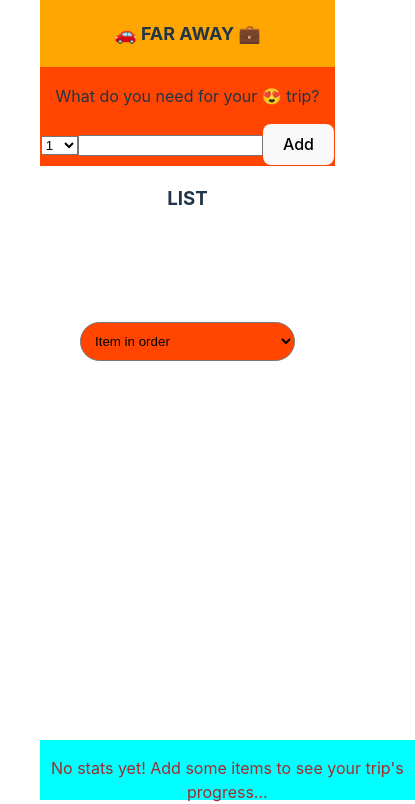
Repository: Celebration-cloud/Trip-Add-To-List
Page: /
These files come from the project's save history. The page is drawn as it stood at one moment and after the next save; the edit follows.
The browser window is 375 px wide. The page is 415 px wide, so the pictures cover 415 px, including what lies to the right of the window. The pictures show the whole page.
The project was rebuilt for these pictures with package versions that can differ from the ones it lists, and the page was loaded fresh each time. Also part of the build but not shown: vite.config.js.

Above is the page before, as saved 2023-10-29 16:30:14.

### src/App.jsx
import './App.css'
import TripList from './Trip-List/TripList'

function App() {

  return (
    <>
    <TripList/>
    </>
  )
}

export default App

### src/App.css
#root {
  margin: 0;
  padding: 0;
  text-align: center;
}

.logo {
  height: 6em;
  padding: 1.5em;
  will-change: filter;
  transition: filter 300ms;
}
.logo:hover {
  filter: drop-shadow(0 0 2em #646cffaa);
}
.logo.react:hover {
  filter: drop-shadow(0 0 2em #61dafbaa);
}

@keyframes logo-spin {
  from {
    transform: rotate(0deg);
  }
  to {
    transform: rotate(360deg);
  }
}

@media (prefers-reduced-motion: no-preference) {
  a:nth-of-type(2) .logo {
    animation: logo-spin infinite 20s linear;
  }
}

.card {
  padding: 2em;
}

.read-the-docs {
  color: #888;
}

### src/Trip-List/TripList.jsx
/* eslint-disable react/no-unescaped-entities */
/* eslint-disable react/prop-types */
import { useState } from "react";
import './TripList.css'
function TripList() {
  const [addItem, setAddItem] = useState([]);

  const handleAddItem = (item) => {
    setAddItem((items) => [...items, item]);
  };
  const handleRemoveItem = (id) =>{
    setAddItem(items => items.filter(p => p.id !== id))
  }
  const handleChecked = (id) => {
    setAddItem(items => items.map(item => item.id === id ? {...item, packed: !item.packed} : item));
  };
  return (
    <div>
      <TripHead/>
      <TripForm handleAddItem={handleAddItem}/>
      <TripListForm addItem={addItem} remove={handleRemoveItem} check={handleChecked}/>
      <TripStats stats={addItem}/>
    </div>
  )
}

export default TripList

function TripHead() {
  return (
    <div style={{backgroundColor: "orange", padding: "5px"}}>
      <h2 className="title">🚗 FAR AWAY 💼</h2>
    </div>
  )
}

function TripForm({handleAddItem}) {
  const [item, setItem] = useState({description: "", quantity: 1})

  const handleSubmit = (e) =>{
    e.preventDefault();
    if (!item.description) return;

    const newItem = {
      des: item.description,
      amount: item.quantity,
      packed: false,
      id: Date.now(),
    };

    handleAddItem(newItem);
    setItem({ description: "", quantity: 1 });
  }
  const handleInput = (e) =>{
    setItem(prev => ({...prev, description: e.target.value}))
  }
  const handleOption = (e) =>{
    setItem(prevState => ({...prevState,quantity: Number(e.target.value)}))
  }
  return (
    <div style={{ backgroundColor: "orangered", padding: "1px" }}>
      <form onSubmit={handleSubmit}>
        <span>
          <p>What do you need for your 😍 trip?</p>
          <select onChange={handleOption} value={item.quantity}>
            {Array.from({ length: 10 }, (_, i) => i + 1).map((num) => (
              <option value={num} key={num}>
                {num}
              </option>
            ))}
          </select>
          <input onChange={handleInput} value={item.description}></input>
          <button type="submit">Add</button>
        </span>
      </form>
    </div>
  );
}

function TripListForm({addItem, remove, check}) {
  const [sort, setSort] = useState("input")
  const sortingBy = (e) => {
    setSort(e.target.value);
  };
  let sorting;
  if (sort === "input") sorting = addItem;
  if (sort === "checked")
    sorting = addItem.slice().sort((a, b) => a.des.localeCompare(b.des));
  if (sort === "order")
    sorting = addItem
      .slice()
      .sort((a, b) => Number(a.packed) - Number(b.packed));

  return (
    <>
      <h3>LIST</h3>
      <ul style={{ listStyleType: "none" }}>
        <li>
          {sorting?.map((item) => (
            <>
              <input
                type="checkbox"
                value={item.packed}
                onChange={() => check(item.id)}
              />
              <span
                key={item.id}
                style={item.packed ? { textDecoration: "line-through" } : {}}
              >
                {item.amount}-{item.des}
              </span>
              <button onClick={() => remove(item.id)}>
                🚩
              </button>
            </>
          ))}
        </li>
      </ul>
      <div>
        <select onChange={sortingBy} value={sort} style={{padding: "10px 100px 10px 10px", marginTop: "90px", backgroundColor: "orangered", borderRadius: "20px"}}>
          <option value="input" style={{marginRight: "5px", backgroundColor: "brown" }}>Item in order</option>
          <option value="checked" style={{marginRight: "5px"}}>Checked Item</option>
          <option value="order" style={{marginRight: "5px"}}>Split Item</option>
        </select>
      </div>
    </>
  );
}

function TripStats({stats}) {
  if(!stats.length)
  return (
    <footer className="static">
      <p>No stats yet! Add some items to see your trip's progress...</p>
    </footer>
  );
  const total = stats.length
  const packed= stats.filter(items => items.packed).length
  const percent = Math.round((packed / total) * 100)
  return (
    <>
      {percent === 100 ? (
        <footer className="static">
          <p>You have Completed the List✈</p>
        </footer>
      ) : (
        <footer className="static">
          <p>
            You have {total} items on your list, and already packed {packed} (
            {percent}%)
          </p>
        </footer>
      )}
    </>
  );
}

### src/Trip-List/TripList.css
/* backgroundColor: "aqua",
            color: "brown",
            bottom: "0%",
            height: "30px",
            width: "100%", */
.static{
    position: absolute;
    background-color: aqua;
    color: brown;
    bottom: -0%;
    width: 100%;
}
.title{
    font-family: inherit;
    font-size: larger;
}
@media (max-width: 480px) {
    .static{
    position: none;
    background-color: aqua;
    color: brown;
    bottom: 0%;
    height: 60px;
    width: 100%;
}
.title{
    font-family: inherit;
    font-size: large;
}
}

Loaded but not shown: index.html (common file); src/main.jsx (common file); src/index.css (common file)

After the next save:
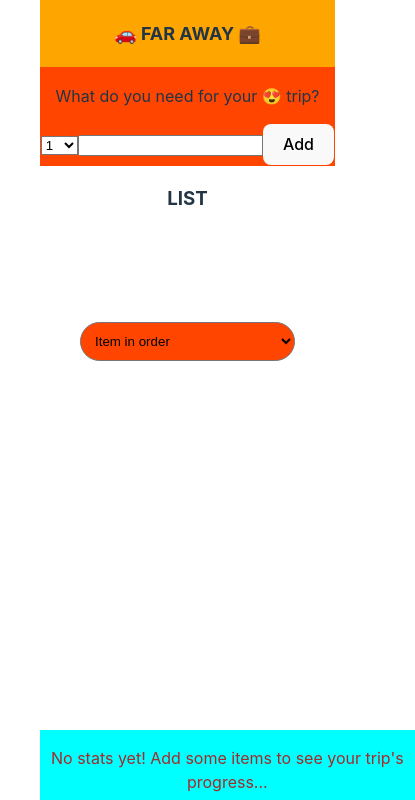
Saved 4 s later.
--- a/src/Trip-List/TripList.css
+++ b/src/Trip-List/TripList.css
@@ -20,7 +20,7 @@
     background-color: aqua;
     color: brown;
     bottom: 0%;
-    height: 60px;
+    height: 70px;
     width: 100%;
 }
 .title{
